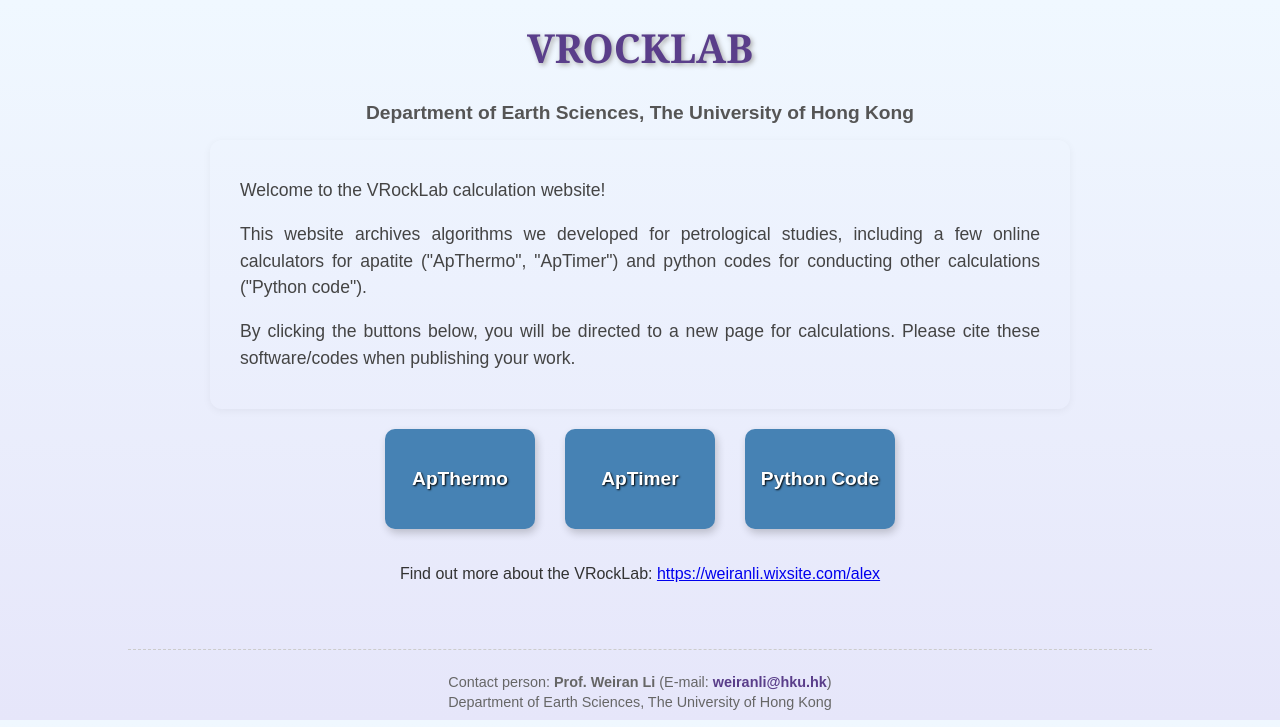
Repository: Abyss2019/home_page
Page: index.html
An editor plug-in stored every save of this project. The page is shown before and after the next save, followed by the edit.
The browser window is 1280 px wide. The pictures show the whole page.

Above is the page before, as saved 2025-04-06 10:43:37.

### index.html
<!DOCTYPE html>
<html lang="en">
<head>
    <meta charset="UTF-8">
    <meta name="viewport" content="width=device-width, initial-scale=1.0">
    <title>VROCKLAB</title>
    <style>
        body {
            font-family: Arial, sans-serif;
            margin: 0;
            padding: 0;
            /* background-image: url('./bg.webp'); */
            background: linear-gradient(to bottom, #f0f8ff, #e6e6fa);
            color: #333;
            display: flex;
            flex-direction: column;
            align-items: center;
            justify-content: center;
            height: 100vh;
        }

        header {
            text-align: center;
            /* margin-bottom: 30px; */
        }

        header h1 {
            font-size: 2.5em;
            font-family: 'Georgia', serif;
            text-shadow: 2px 2px 5px #aaa;
            color: #5a3e8a;
        }



        header h2 {
            font-size: 1.2em;
            margin-top: 5px;
            color: #555;
        }

        .intro {
        font-size: 1.1em;
        line-height: 1.5;
        text-align: justify;
        color: #444;
        /* background-color: #f2f6ff; */
        padding: 20px 30px;
        border-radius: 12px;
        box-shadow: 0 2px 8px rgba(0,0,0,0.05);
        max-width: 800px;
        }

        /* .indent p {
        text-indent: 2em;
        margin-bottom: 1em;
        } */


        .buttons-container {
            display: flex;
            gap: 30px;
            margin: 20px 0;
        }

        .button {
            display: flex;
            align-items: center;
            justify-content: center;
            width: 150px;
            height: 100px;
            background-color: #4682b4;
            border-radius: 10px;
            box-shadow: 2px 4px 8px rgba(0, 0, 0, 0.2);
            color: #fff;
            font-size: 1.2em;
            font-weight: bold;
            text-decoration: none;
            text-shadow: 1px 1px 2px #000;

        }
        .button:hover{
          transform: scale(1.05);
        }


        footer {
        font-size: 0.9em;
        /* margin-top: 40px; */
        /* padding: 15px 0; */
        text-align: center;
        color: #666;
        line-height: 1.4;
        }

        footer a {
        color: #5a3e8a;
        text-decoration: none;
        font-weight: bold;
        }

        footer a:hover {
        text-decoration: underline;
        }
    </style>
</head>
<body>
    <header>
        <h1>VROCKLAB</h1>
        <h2>Department of Earth Sciences, The University of Hong Kong</h2>
    </header>


    <div class="intro indent">
    <p>Welcome to the VRockLab calculation website!</p>
    <p>This website archives algorithms we developed for petrological studies, including a few online calculators for apatite ("ApThermo", "ApTimer") and python codes for conducting other calculations ("Python code").</p>
    <p>By clicking the buttons below, you will be directed to a new page for calculations. Please cite these software/codes when publishing your work.</p>
    </div>


    <div class="buttons-container">
        <a href="https://vrocklab.hku.hk/ApThermo/" target="_blank" class="button">ApThermo</a>
        <a href="https://vrocklab.hku.hk/ApTimer/" target="_blank" class="button">ApTimer</a>
        <a href="https://vrocklab.hku.hk/python-code/" target="_blank" class="button">Python Code</a>
    </div>
    <p>
        Find out more about the VRockLab:
        <a href="https://weiranli.wixsite.com/alex" target="_blank">https://weiranli.wixsite.com/alex</a>
    </p>


    <hr style="width: 80%; margin-top: 50px; border: none; border-top: 1px dashed #ccc;">
    <footer>
        <p>
            Contact person: <strong>Prof. Weiran Li</strong> (E-mail:
            <a href="mailto:weiranli@hku.hk">weiranli@hku.hk</a>)<br>
            Department of Earth Sciences, The University of Hong Kong
        </p>
    </footer>
</body>
</html>

After the next save:
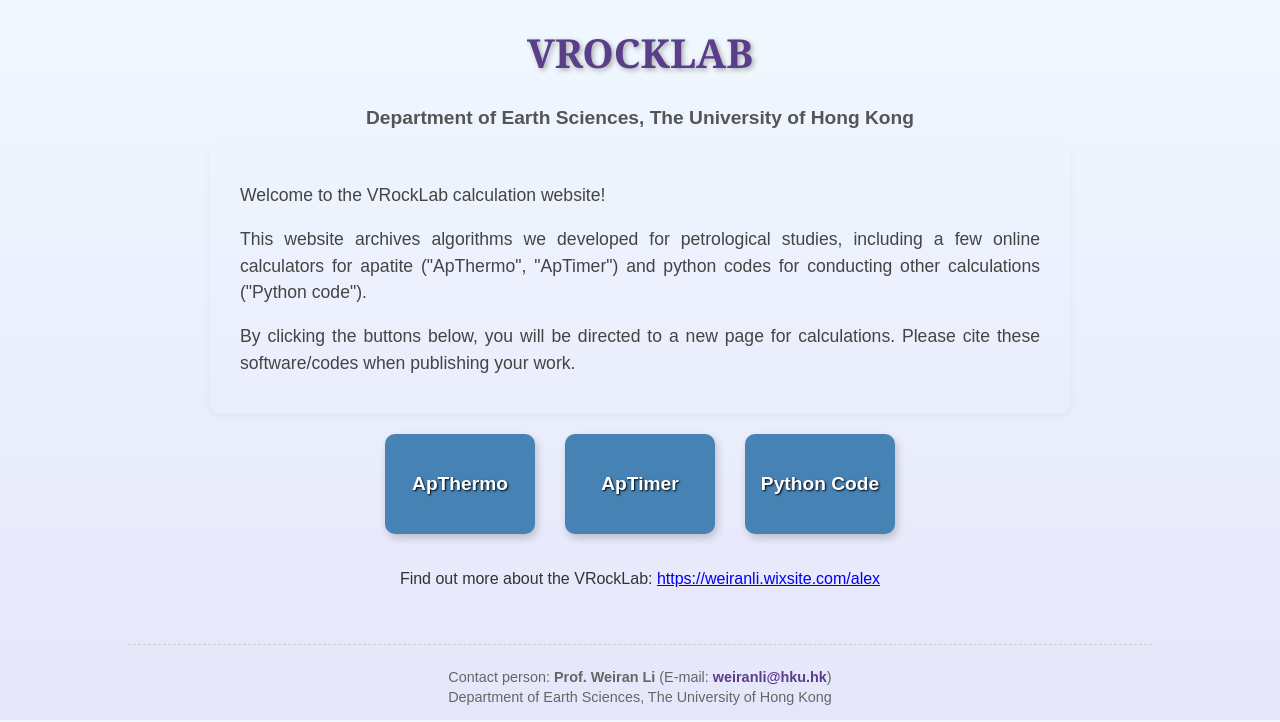
Saved 12 s later.
--- a/index.html
+++ b/index.html
@@ -129,7 +129,7 @@
     </p>
 
 
-    <hr style="width: 80%; margin-top: 50px; border: none; border-top: 1px dashed #ccc;">
+    <hr style="width: 80%; margin-top: 40px; border: none; border-top: 1px dashed #ccc;">
     <footer>
         <p>
             Contact person: <strong>Prof. Weiran Li</strong> (E-mail:
